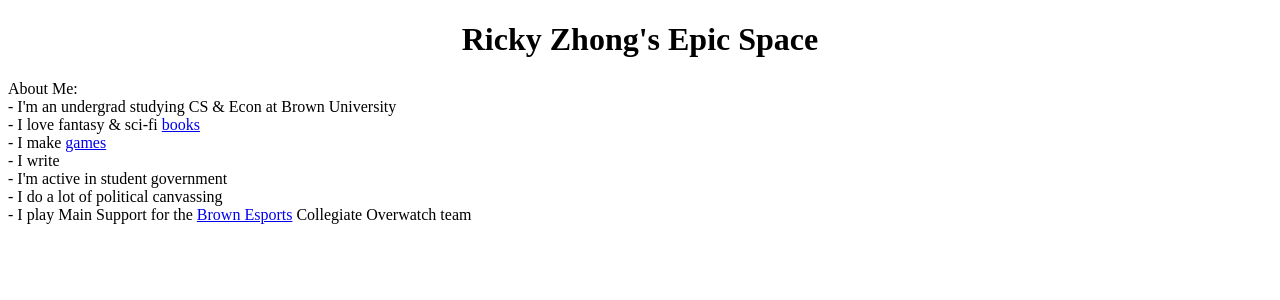
Repository: rickydaricky/rickydaricky.github.io
Page: index.html
The author's editor kept a copy of each file at every save. The page is drawn from the files as they stood at one save, then again after the next save.
The browser window is 1280 px wide. The pictures show the whole page.

Above is the page before, as saved 2021-11-26 01:51:27.

After the next save:
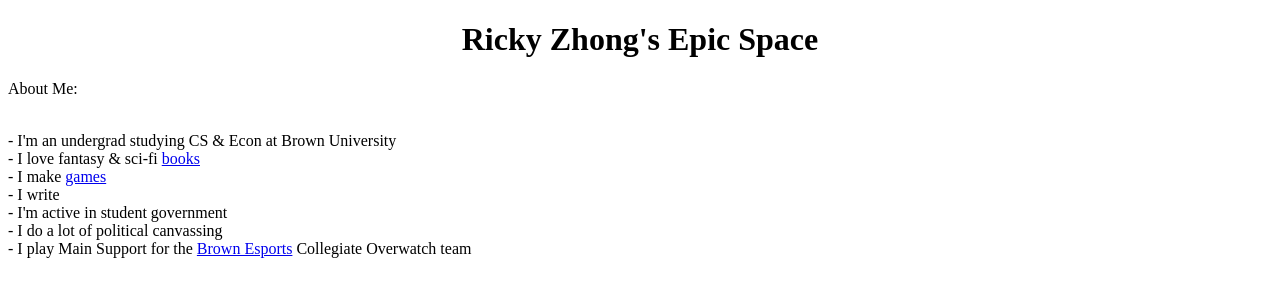
Saved 6 min 13 s later.
--- a/index.html
+++ b/index.html
@@ -2,8 +2,8 @@
 <html>
   <body>
     <h1 style="text-align: center;">Ricky Zhong's Epic Space</h1>
+    <p font-size=160%;>About Me:</p>
     <p>
-      About Me:
       <br />
       - I'm an undergrad studying CS & Econ at Brown University
       <br />
